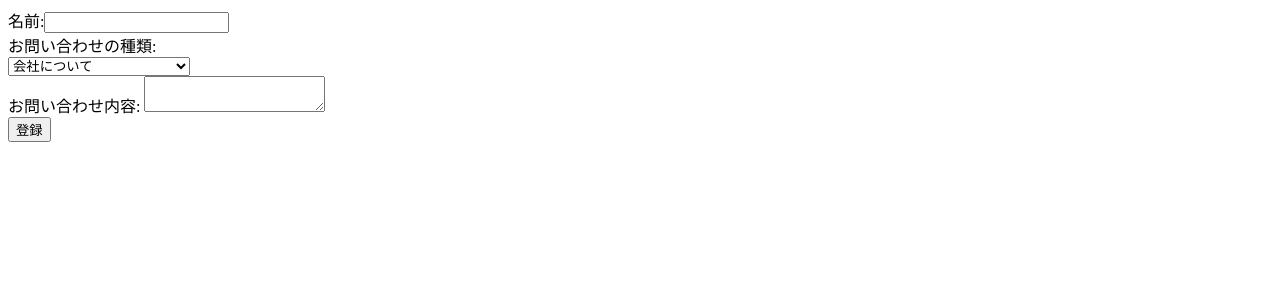
Repository: Rush-light/backup
Page: http://localhost/Helloservlet/inquiry.jsp
An editor plug-in stored every save of this project. The page is shown before and after the next save, followed by the edit.
The browser window is 1280 px wide. The pictures show the whole page.
The page is served by Tomcat 9. Other server files are loaded and not shown.

Above is the page before, as saved 2018-02-16 12:17:11.

### Helloservlet/WebContent/inquiry.jsp
<%@ page language="java" contentType="text/html; charset=UTF-8"
    pageEncoding="UTF-8"%>
<!DOCTYPE html PUBLIC "-//W3C//DTD HTML 4.01 Transitional//EN" "http://www.w3.org/TR/html4/loose.dtd">
<html>
<head>
<meta http-equiv="Content-Type" content="text/html; charset=UTF-8">
<title>お問い合わせフォーム</title>
</head>
<body>

<form method="post" action="InquiryServlet">
名前:<input type="text" name="name"/><br>
お問い合わせの種類:<br> <select name="qtype">
<option value="company">会社について</option>
<option value="product">製品について</option>
<option value="support">アフターサポートについて</option>
</select><br>お問い合わせ内容:

	<textarea name="body">
</textarea>
	<br> <input type="submit" value="登録">
</form>


</body>
</html>

After the next save:
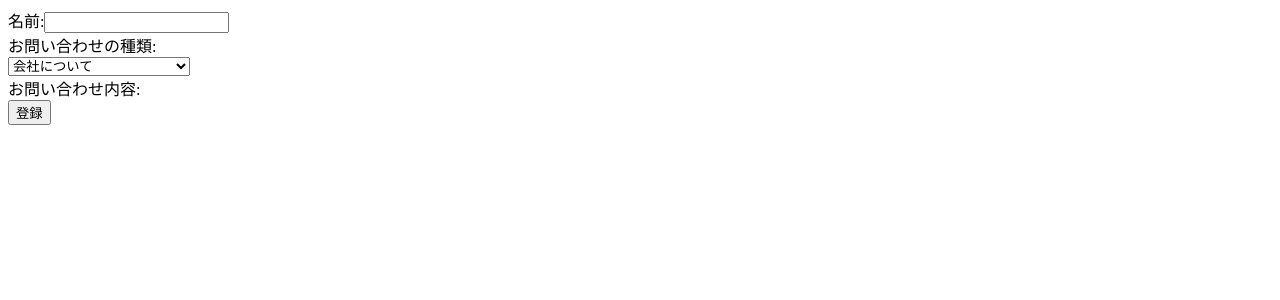
Saved 2 min 10 s later.
--- a/Helloservlet/WebContent/inquiry.jsp
+++ b/Helloservlet/WebContent/inquiry.jsp
@@ -10,15 +10,17 @@
 
 <form method="post" action="InquiryServlet">
 名前:<input type="text" name="name"/><br>
-お問い合わせの種類:<br> <select name="qtype">
-<option value="company">会社について</option>
-<option value="product">製品について</option>
-<option value="support">アフターサポートについて</option>
-</select><br>お問い合わせ内容:
+お問い合わせの種類:<br>
+<select name="qtype">
+	<option value="company">会社について</option>
+	<option value="product">製品について</option>
+	<option value="support">アフターサポートについて</option>
+</select>
+<br>
+お問い合わせ内容:
 
-	<textarea name="body">
-</textarea>
-	<br> <input type="submit" value="登録">
+	<s:textarea name="body"/>
+	<br> <input type="submit" value="登録"/>
 </form>
 
 
